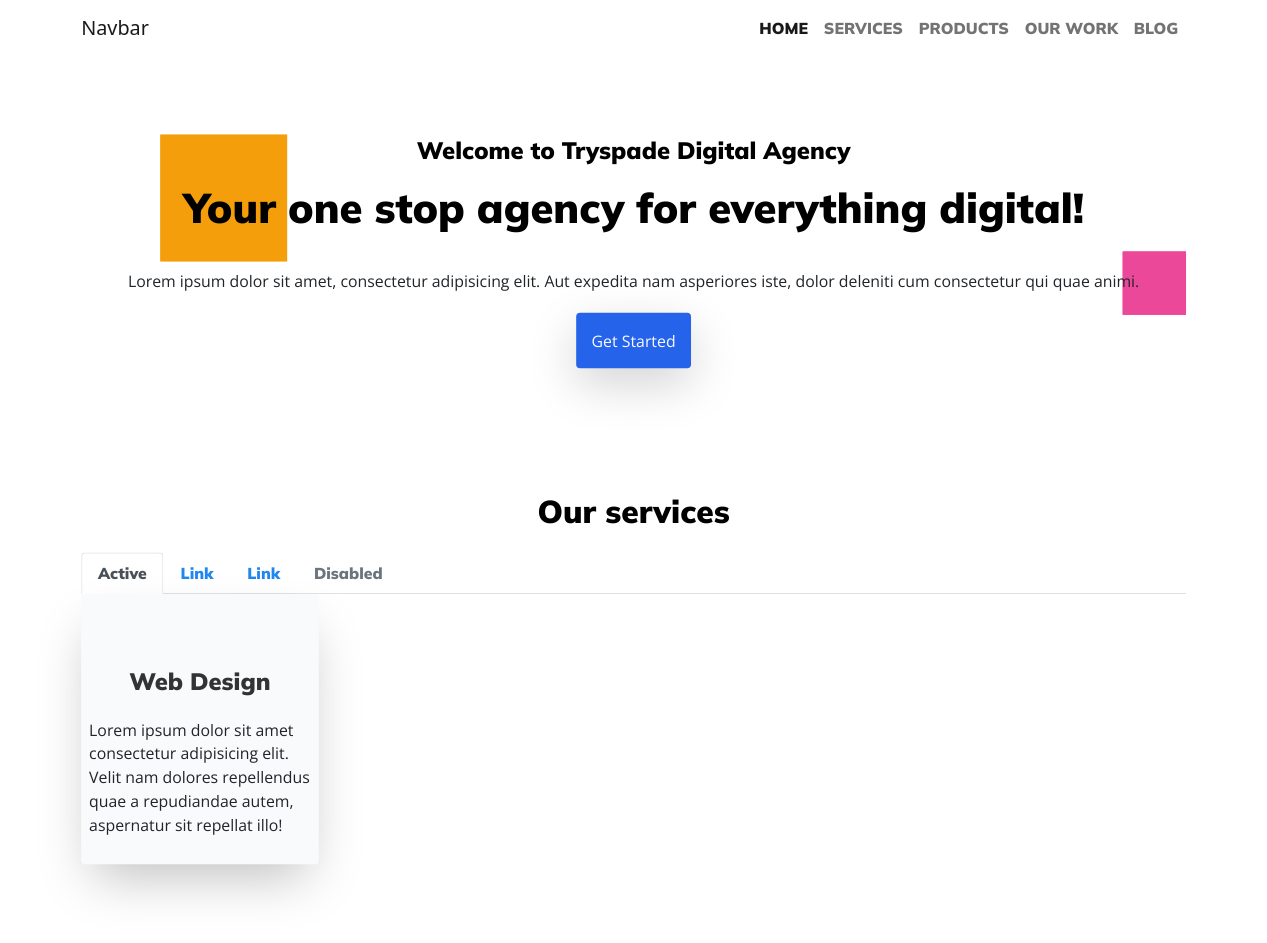
Repository: latenightsnacc/super-octo-fortnight
Page: index.html
An editor plug-in stored every save of this project. The page is shown before and after the next save, followed by the edit.
The browser window is 1280 px wide. The pictures show the whole page, at 99% of full size.
Some web libraries are served in a nearby version. The style sheet was rebuilt from its Sass, Less or Tailwind sources for each picture, by a compiler version that may differ from the author's.

Above is the page before, as saved 2021-01-29 13:22:57.

After the next save:
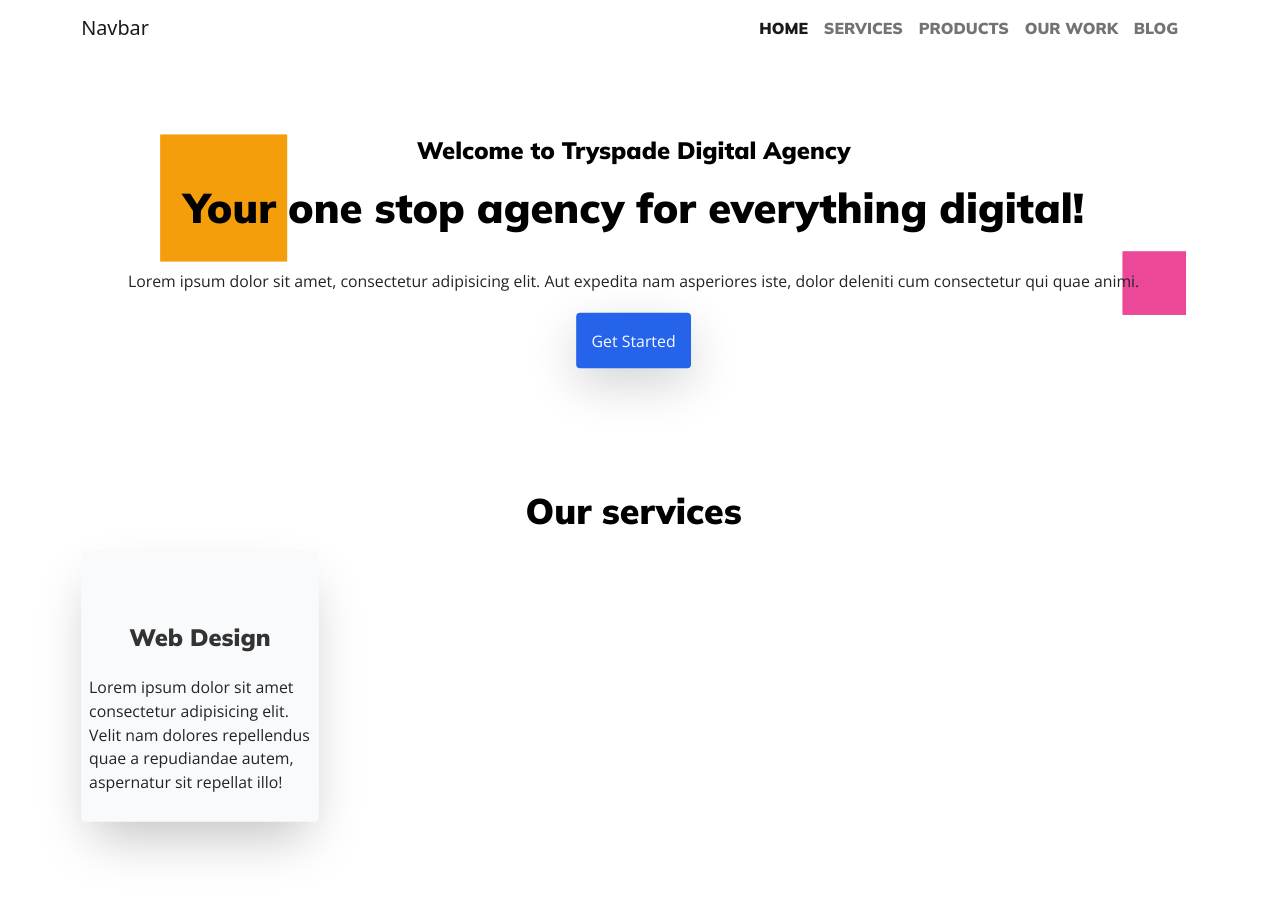
Saved 32 s later.
--- a/index.html
+++ b/index.html
@@ -75,21 +75,7 @@
         <!--SERVICES-->
         <section id="services" class="my-20">
             <div class="container">
-                <h2 class="text-center text-black">Our services</h2>
-                <ul class="nav nav-tabs">
-                    <li class="nav-item">
-                      <a class="nav-link active" aria-current="page" href="#">Active</a>
-                    </li>
-                    <li class="nav-item">
-                      <a class="nav-link" href="web.html">Link</a>
-                    </li>
-                    <li class="nav-item">
-                      <a class="nav-link" href="#">Link</a>
-                    </li>
-                    <li class="nav-item">
-                      <a class="nav-link disabled" href="#" tabindex="-1" aria-disabled="true">Disabled</a>
-                    </li>
-                </ul>
+                <h2 class="text-center text-4xl text-black">Our services</h2>
                 <div class="row">
                     <div class="col-xs-12 col-sm-12 col-md-4 col-lg-3 col-xl-3">
                         <div class="w-60 h-auto bg-gray-50 shadow-2xl rounded p-2">
